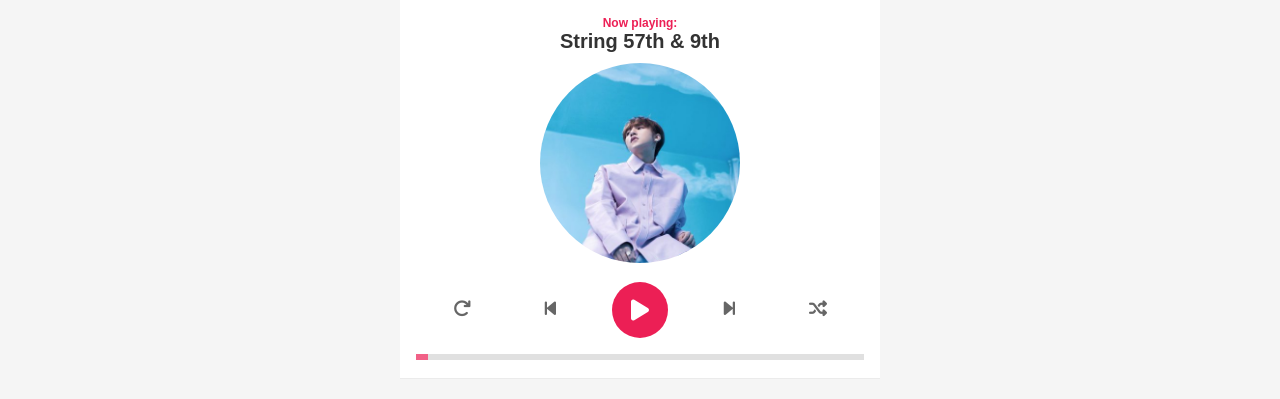
Repository: projectadmim/MyApp
Page: main.html
The author's editor kept a copy of each file at every save. The page is drawn from the files as they stood at one save, then again after a run of saves.
The browser window is 1280 px wide. The pictures show the whole page.

Above is the page before, as saved 2023-10-11 20:25:53.
Console error: SyntaxError: Unexpected token '}'

After the next 16 saves:
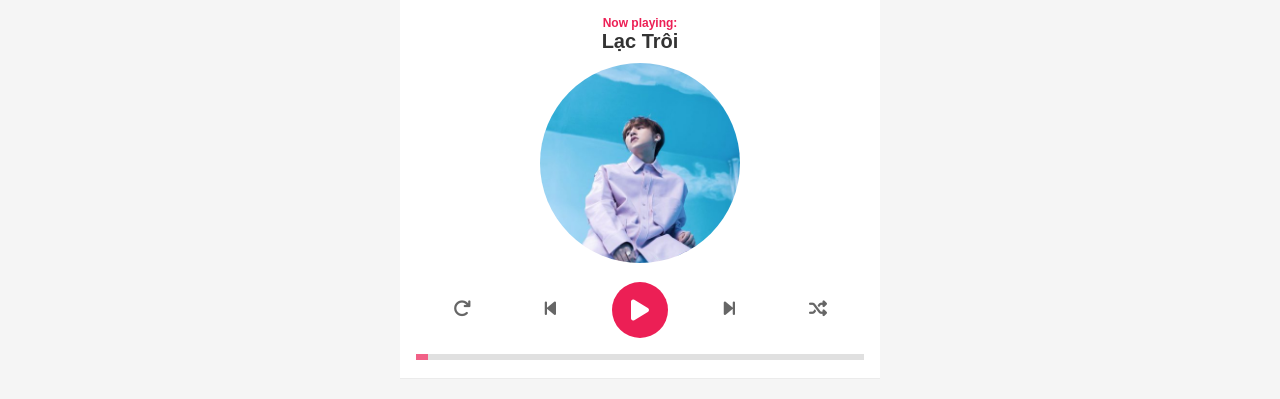
Console error: ReferenceError: im is not defined
The 16 saves are shown as one change because they came seconds apart.
The last was saved 34 s later.
--- a/text.js
+++ b/text.js
@@ -101,7 +101,7 @@ const app={
       const audio=$('#audio');
       console.log(heading,cdthumb,audio);
       heading.textContent=this.crrentSongs.name;
-      cdthumb.style.
+      cdthumb.style.background-im
      },
      stars:function(){
       //định nghĩa  các thuộc tihs trong oject
